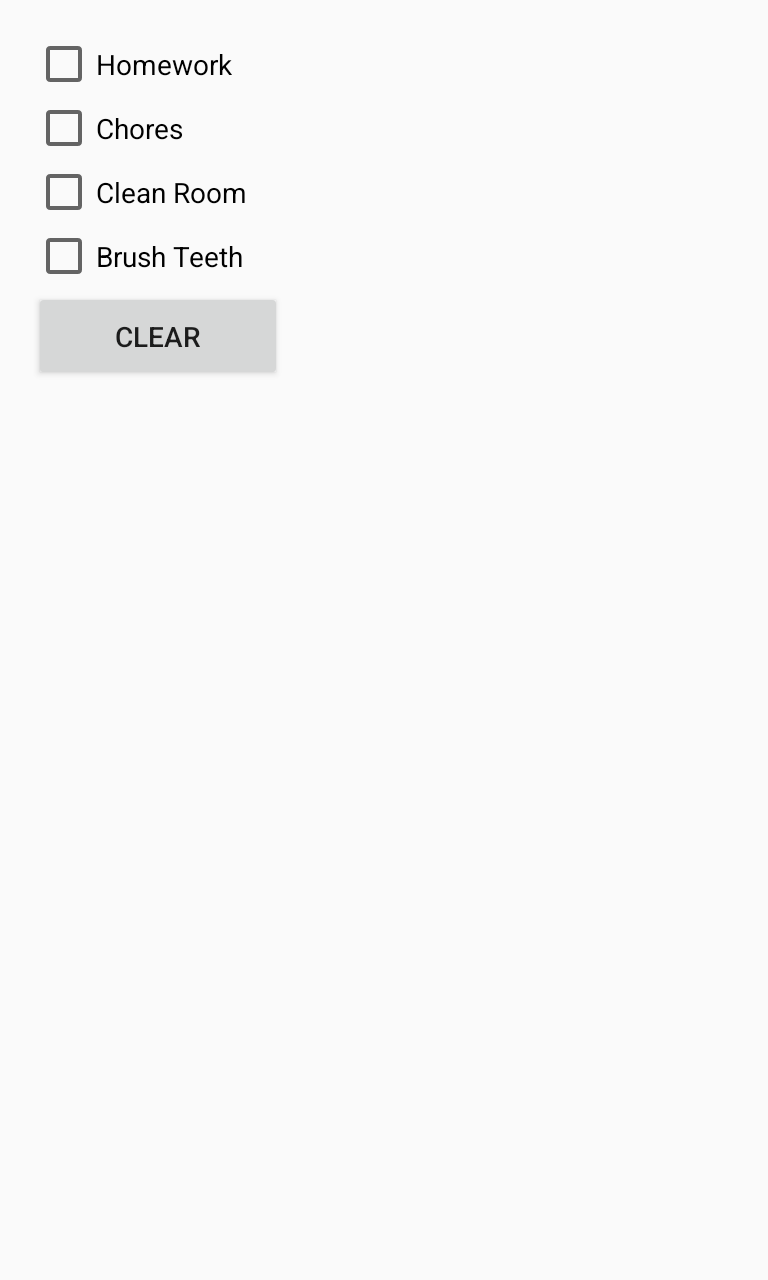
Repository: g80349/Java1
Layout: Week1 Project/ToDoList/res/layout/fragment_main.xml
An editor plug-in stored every save of this project. The layout is shown before and after the next save, followed by the edit.
It is drawn on a 768 x 1280 px phone screen (xhdpi) without system bars, with theme AppTheme; the app's code is not run. The app's manifest (not shown) leaves right-to-left support off. So textAlignment, textDirection and layoutDirection are ignored, and left and right values win over start and end ones.

Above is the layout before, as saved 2014-04-03 16:43:47.

### Week1 Project/ToDoList/res/layout/fragment_main.xml
<LinearLayout xmlns:android="http://schemas.android.com/apk/res/android"
    xmlns:tools="http://schemas.android.com/tools"
    android:layout_width="match_parent"
    android:layout_height="match_parent"
    android:orientation="vertical"
    android:paddingBottom="@dimen/activity_vertical_margin"
    android:paddingLeft="@dimen/activity_horizontal_margin"
    android:paddingRight="@dimen/activity_horizontal_margin"
    android:paddingTop="@dimen/activity_vertical_margin"
    android:textAlignment="center"
    tools:context="com.example.todolist.MainActivity$PlaceholderFragment" >

    <CheckBox
        android:id="@+id/check_homework"
        android:layout_width="wrap_content"
        android:layout_height="wrap_content"
        android:text="@string/check_homework" />

    <CheckBox
        android:id="@+id/check_chores"
        android:layout_width="wrap_content"
        android:layout_height="wrap_content"
        android:text="@string/check_chores" />

    <CheckBox
        android:id="@+id/check_cleanRoom"
        android:layout_width="wrap_content"
        android:layout_height="wrap_content"
        android:text="@string/check_cleanRoom" />

    <CheckBox
        android:id="@+id/check_brushTeeth"
        android:layout_width="wrap_content"
        android:layout_height="wrap_content"
        android:text="@string/check_brushTeeth" />

    <Button
        android:id="@+id/button_clear"
        android:layout_width="126dp"
        android:layout_height="wrap_content"
        android:text="@string/button_clear"
        android:textAlignment="center" />

    <TextView
        android:id="@+id/textView_toDo"
        android:layout_width="wrap_content"
        android:layout_height="wrap_content"
        android:text="@string/textView_toDo" />

</LinearLayout>

### Week1 Project/ToDoList/res/values/strings.xml
<?xml version="1.0" encoding="utf-8"?>
<resources>

    <string name="app_name">To Do List</string>
    <string name="check_homework">Homework</string>
    <string name="check_chores">Chores</string>
    <string name="check_cleanRoom">Clean Room</string>
    <string name="check_brushTeeth">Brush Teeth</string>
    <string name="button_clear">Clear</string>
    <string name="textView_toDo"></string>
    <string name="action_settings">Settings</string>

</resources>

Loaded but not shown: Week1 Project/ToDoList/res/values/styles.xml (common file); Week1 Project/ToDoList/res/values-v11/styles.xml (common file); Week1 Project/ToDoList/res/values-v14/styles.xml (common file); Week1 Project/ToDoList/res/values/dimens.xml (common file); Week1 Project/ToDoList/res/values-w820dp/dimens.xml (common file)

After the next save:
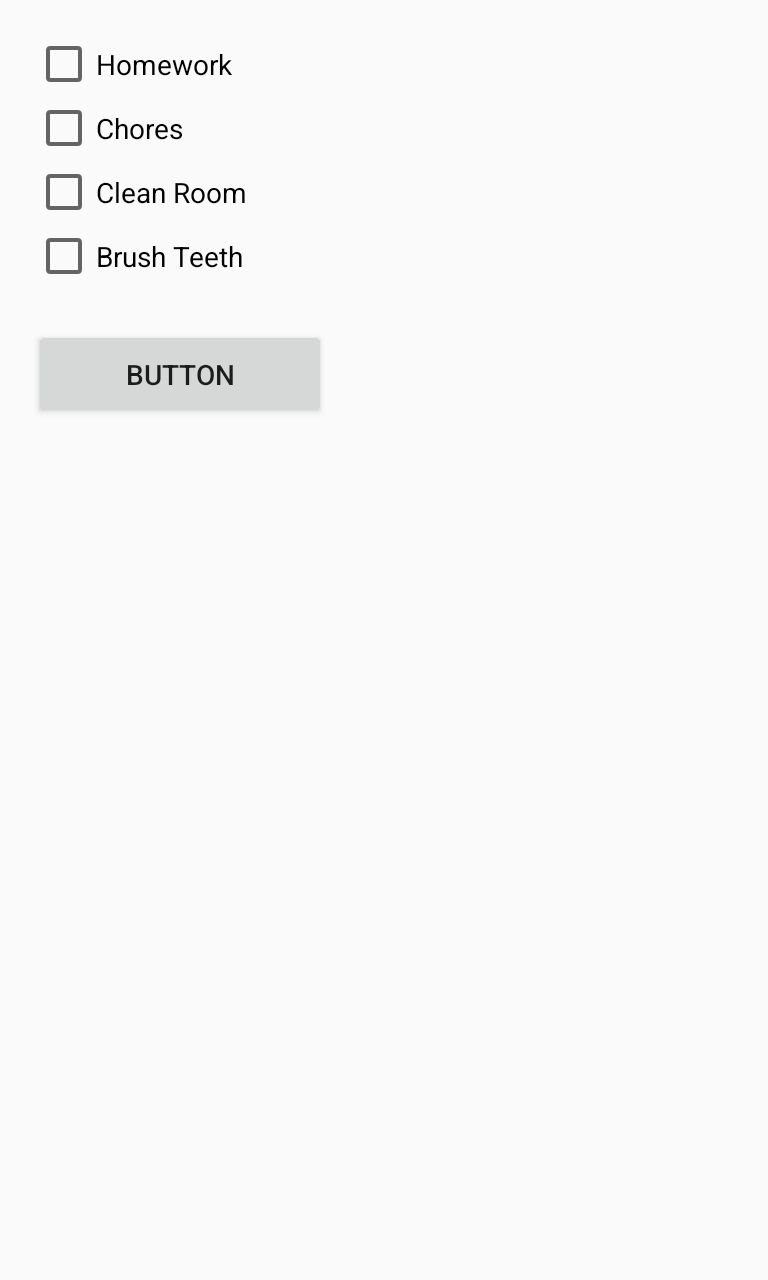
Saved 75 s later.
--- a/Week1 Project/ToDoList/res/layout/fragment_main.xml
+++ b/Week1 Project/ToDoList/res/layout/fragment_main.xml
@@ -34,17 +34,17 @@
         android:layout_height="wrap_content"
         android:text="@string/check_brushTeeth" />
 
-    <Button
-        android:id="@+id/button_clear"
-        android:layout_width="126dp"
-        android:layout_height="wrap_content"
-        android:text="@string/button_clear"
-        android:textAlignment="center" />
-
     <TextView
         android:id="@+id/textView_toDo"
         android:layout_width="wrap_content"
         android:layout_height="wrap_content"
         android:text="@string/textView_toDo" />
 
+    <Button
+        android:id="@+id/button1"
+        android:layout_width="148dp"
+        android:layout_height="wrap_content"
+        android:text="Button"
+        android:textAlignment="center" />
+
 </LinearLayout>
